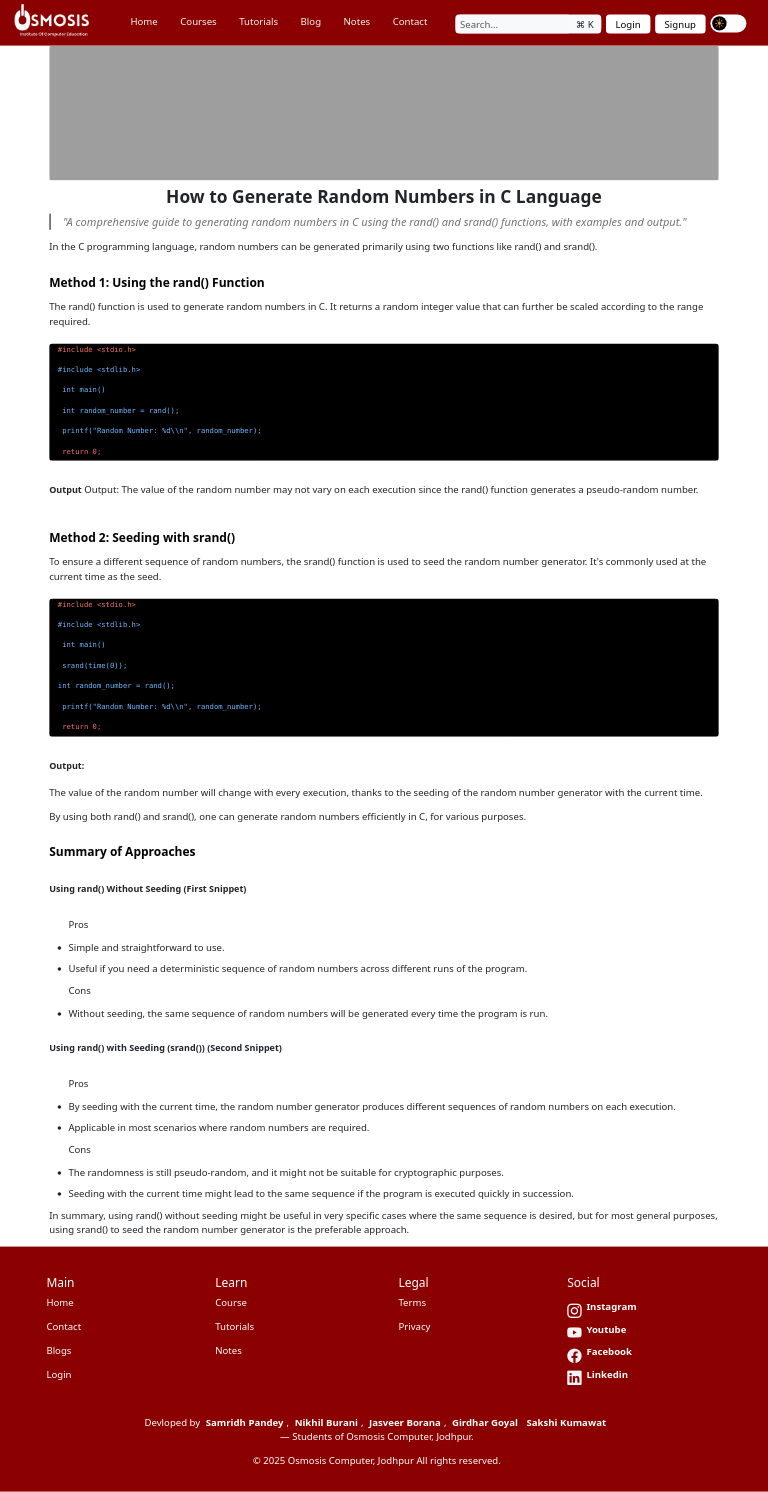
Repository: samriidhpandey/osmosis
Page: /Blog/Genrate
An editor plug-in stored every save of this project. The page is shown before and after the next save, followed by the edit.
The browser window is 1280 px wide. The pictures show the whole page, at 60% of full size.
Pictures or frames that could not be fetched are drawn as grey boxes. The project was rebuilt for these pictures with package versions that can differ from the ones it lists, and the page was loaded fresh each time. Also part of the build but not shown: vite.config.js, src/Section2.jsx, src/Section3.jsx, src/Section4.jsx, src/InfiniteReviewScroll.jsx, src/Section5.jsx, src/TypingText.jsx, src/AnimatedName.jsx and 103 more. Imported but missing from the stored project, and not drawn on this page: src/Images/final-app-on-mobile.mp4, src/Images/final-app-on-pc.mp4, src/Images/open-terminals.mp4, src/Images/python-location.mp4.

Above is the page before, as saved 2025-07-21 15:56:36.

### index.html
<!doctype html>
<html lang="en">
  <head>
    <meta charset="UTF-8" />
    <link rel="icon" type="image/png" href="./src/image/fe1.png" />
    <meta name="viewport" content="width=device-width, initial-scale=1.0" />
    <title>Osmosis Computer</title>
    <link href="https://cdn.jsdelivr.net/npm/bootstrap@5.0.2/dist/css/bootstrap.min.css" rel="stylesheet" integrity="sha384-EVSTQN3/azprG1Anm3QDgpJLIm9Nao0Yz1ztcQTwFspd3yD65VohhpuuCOmLASjC" crossorigin="anonymous">
    <link rel="stylesheet" href="https://cdnjs.cloudflare.com/ajax/libs/font-awesome/6.7.2/css/all.min.css" integrity="sha512-Evv84Mr4kqVGRNSgIGL/F/aIDqQb7xQ2vcrdIwxfjThSH8CSR7PBEakCr51Ck+w+/U6swU2Im1vVX0SVk9ABhg==" crossorigin="anonymous" referrerpolicy="no-referrer" />
    <link href="https://cdn.jsdelivr.net/npm/bootstrap@5.3.0/dist/css/bootstrap.min.css" rel="stylesheet" />
<link href="https://cdn.jsdelivr.net/npm/bootstrap-icons/font/bootstrap-icons.css" rel="stylesheet" />

  </head>
  <body>
    <div id="root"></div>
    <script type="module" src="/src/main.jsx"></script>
    <script src="https://cdn.jsdelivr.net/npm/bootstrap@5.0.2/dist/js/bootstrap.bundle.min.js" integrity="sha384-MrcW6ZMFYlzcLA8Nl+NtUVF0sA7MsXsP1UyJoMp4YLEuNSfAP+JcXn/tWtIaxVXM" crossorigin="anonymous"></script>
  </body>
</html>

### src/Footer.jsx
import React from 'react'
import get from './image/github.svg'
import get1 from './image/X.svg'
import get2 from './image/youtube.svg'
import { Link } from 'react-router-dom'
import get3 from './image/facebook.svg'


function Footer({isDark}) {
  const footer = {
    backgroundColor: isDark ? '#111827':'darkred',
    color: isDark ? 'white':'white',
  };
  return (
    <>
    <div className="container-fluid">
      <div className="row border-top" style={footer}>
        <div className="col-12 col-sm-12 col-md-12 col-lg-12 col-xl-11 col-xxl-10 m-auto ">
          <div className="row">
            <div className="col-6 col-sm-6 col-md-3 col-lg-3 col-xl-3 col-xxl-3 mt-5 ps-4 fot-menu">
              <h5>Main</h5>
              <Link to="/" className='text-white'><p>Home</p></Link>{""}
              <Link to="/Contact" className='text-white'><p>Contact</p></Link>{""}
              <Link to="/Blog" className='text-white'><p>Blogs</p></Link>{""}
              <Link to="/Login" className='text-white'><p>Login</p></Link>{""}
            </div>

            <div className="col-6 col-sm-6 col-md-3 col-lg-3 col-xl-3 col-xxl-3 mt-5">
              <h5>Learn</h5>
              <Link to="/Courses" className='text-white'><p>Course</p></Link>{""}
              <Link to="/Tutorial" className='text-white'><p>Tutorials</p></Link>{""}
              <Link to="/Notes" className='text-white'><p>Notes</p></Link>{""}

            </div>

            <div className="col-6 col-sm-6 col-md-3 col-lg-3 col-xl-3 col-xxl-3 mt-5 ps-4">
              <h5>Legal</h5>
              <Link to="/Terms" className='text-white'><p>Terms</p></Link>{""}
              <Link to="/Privacy" className='text-white'><p>Privacy</p></Link>{""}
              {/* <p>Refund</p> */}

            </div>

            <div className="col-6 col-sm-6 col-md-3 col-lg-3 col-xl-3 col-xxl-3 mt-5">
              <h5>Social</h5>
             <a href="https://www.instagram.com/osmosis_computer?igsh=MWkyNGtib2s1NG10OQ%3D%3D&utm_source=qr "
              target="_blank"
    rel="noopener noreferrer"
    style={{
      color:'white',
      textDecoration: "none",
      fontWeight: "bold",
      marginTop: "0px",
      marginBottom: "0px",
    }}
    onMouseOver={(e) => (e.target.style.textDecoration = "underline")}
    onMouseOut={(e) => (e.target.style.textDecoration = "none")}><div className="social d-flex p-0 mt-3"> <i className="bi bi-instagram" style={{fontSize:'24px', color:" #fcf9faff",}}></i><img className='img-fluid me-2 bg-light rounded' alt="" /> <p> Instagram</p></div> </a>


    <a href="https://www.youtube.com/@OsmosisComputerJodhpur "
              target="_blank"
    rel="noopener noreferrer"
    style={{
      color:'white',
      textDecoration: "none",
      fontWeight: "bold",
      marginTop: "0px",
      marginBottom: "0px",
    }}
    onMouseOver={(e) => (e.target.style.textDecoration = "underline")}
    onMouseOut={(e) => (e.target.style.textDecoration = "none")}><div className="social d-flex p-0 mt-3"> <i className="bi bi-youtube" style={{fontSize:'24px', color:" #f9f5f5ff",}}></i><img className='img-fluid me-2 bg-light rounded' alt="" /> <p> Youtube</p></div> </a>



    <a href="https://www.facebook.com/share/1LYuEtGZGp/?mibextid=wwXIfr"
              target="_blank"
    rel="noopener noreferrer"
    style={{
      color:'white',
      textDecoration: "none",
      fontWeight: "bold",
      marginTop: "0px",
      marginBottom: "0px",
    }}
    onMouseOver={(e) => (e.target.style.textDecoration = "underline")}
    onMouseOut={(e) => (e.target.style.textDecoration = "none")}><div className="social d-flex p-0 mt-3"> <i className="bi bi-facebook" style={{fontSize:'24px', color:" #f2f2f8ff",}}></i><img className='img-fluid me-2 bg-light rounded' alt="" /> <p> Facebook</p></div> </a>



    <a href="https://www.linkedin.com/company/osmosiscomputer/"
              target="_blank"
    rel="noopener noreferrer"
    style={{
      color:'white',
      textDecoration: "none",
      fontWeight: "bold",
      marginTop: "0px",
      marginBottom: "0px",
    }}
    onMouseOver={(e) => (e.target.style.textDecoration = "underline")}
    onMouseOut={(e) => (e.target.style.textDecoration = "none")}><div className="social d-flex p-0 mt-3"> <i className="bi bi-linkedin" style={{fontSize:'24px', color:" #f2f2f8ff",}}></i><img className='img-fluid me-2 bg-light rounded' alt="" /> <p>Linkedin</p></div> </a>



            </div>
          </div>
        </div>

        <div className="row">
          <div className="col-12">


  <footer
  className='mt-3'
  style={{
    padding: "1.5rem",
    textAlign: "center",


  }}
>
  Devloped by{" "}
  <a
    href="https://www.linkedin.com/in/samridh-pandey-771835317?utm_source=share&utm_campaign=share_via&utm_content=profile&utm_medium=android_app"
    target="_blank"
    rel="noopener noreferrer"
    style={{
      color:'white',
      textDecoration: "none",
      fontWeight: "bold",
      margin: "0 5px",
    }}
    onMouseOver={(e) => (e.target.style.textDecoration = "underline")}
    onMouseOut={(e) => (e.target.style.textDecoration = "none")}
  >
    Samridh Pandey
  </a>
  ,{" "}
  <a
    href="https://www.linkedin.com/in/nikhil-burani?utm_source=share&utm_campaign=share_via&utm_content=profile&utm_medium=android_app"
    target="_blank"
    rel="noopener noreferrer"
    style={{
      color:'white',
      textDecoration: "none",
      fontWeight: "bold",
      margin: "0 5px",
    }}
    onMouseOver={(e) => (e.target.style.textDecoration = "underline")}
    onMouseOut={(e) => (e.target.style.textDecoration = "none")}
  >
    Nikhil Burani
  </a>
  ,{" "}
  <a
    href="https://www.linkedin.com/in/jasveer-borana-39878a373?utm_source=share&utm_campaign=share_via&utm_content=profile&utm_medium=android_app "
    target="_blank"
    rel="noopener noreferrer"
    style={{
      color:'white',
      textDecoration: "none",
      fontWeight: "bold",
      margin: "0 5px",
    }}
    onMouseOver={(e) => (e.target.style.textDecoration = "underline")}
    onMouseOut={(e) => (e.target.style.textDecoration = "none")}
  >
    Jasveer Borana
  </a>
  ,{" "}
  <a
    href="https://www.linkedin.com/in/girdhar-goyal-1376b5332?lipi=urn%3Ali%3Apage%3Ad_flagship3_profile_view_base_contact_details%3B9WR3byrCTMq%2FaVpFyt54vQ%3D%3D"
    target="_blank"
    rel="noopener noreferrer"
    style={{
      textDecoration: "none",
      fontWeight: "bold",
      margin: "0 5px",
      color:'white',
    }}
    onMouseOver={(e) => (e.target.style.textDecoration = "underline")}
    onMouseOut={(e) => (e.target.style.textDecoration = "none")}
  >
    Girdhar Goyal
  </a>{" "}

  <a
    href="https://www.linkedin.com/in/sakshi-k-b046b4320?utm_source=share&utm_campaign=share_via&utm_content=profile&utm_medium=ios_app "
    target="_blank"
    rel="noopener noreferrer"
    style={{
      textDecoration: "none",
      fontWeight: "bold",
      margin: "0 5px",
      color:'white',
    }}
    onMouseOver={(e) => (e.target.style.textDecoration = "underline")}
    onMouseOut={(e) => (e.target.style.textDecoration = "none")}
  >
    Sakshi Kumawat
  </a>{" "}

  <p>—  Students of Osmosis Computer, Jodhpur.</p>
  <p>© 2025 Osmosis Computer, Jodhpur All rights reserved.</p>
</footer>



          </div>
        </div>
      </div>
    </div>
    </>
  )
}

export default Footer

### src/Component5/Genrate.jsx
import genratai from "../Images/grnraterandom.webp"

function Genrate() {
  function Heading({ text }) {
    return (
      <h3 className="blog-page-hading">{text}</h3>
    );
  }
  return (
    <>
      <div className="container" >
        {/* <div className=""> */}

        <img src={genratai} className="blog-page-img " />
        <h1 className="blog-page-text2 w-60">How to Generate Random Numbers in C Language</h1>
        <p className="blog-page-content2 border-zinc-500 ">"A comprehensive guide to generating random numbers in C using the rand() and srand() functions, with examples and output."</p>
        <p> In the C programming language, random numbers can be generated primarily using two functions like rand() and srand().</p>
        <Heading text={"Method 1: Using the rand() Function"} />
        <p> The rand() function is used to generate random numbers in C. It returns a random integer value that can further be scaled according to the range required.</p>

        <pre>
          <code style={{ height: "27vh", marginTop: "10px" }}>
            <p style={{ color: "#F47067" }}>  #include &lt;stdio.h&gt;</p>
            <p style={{ color: "#6CB6FF" }}>  #include &lt;stdlib.h&gt;</p>


            <p style={{ color: "#6CB6FF" }}>   int main() </p>
            <p style={{ color: "#6CB6FF" }}>   int random_number = rand();</p>
            <p style={{ color: "#6CB6FF" }}>   printf("Random Number: %d\\n", random_number);</p>
            <p style={{ color: "#F47067" }}>   return 0;
            </p>

          </code>
        </pre>
        <p>
          <strong> Output</strong>
          <span> Output: The value of the random number may not vary on each execution since the rand() function generates a pseudo-random number.</span>
        </p>
        <Heading text={"Method 2: Seeding with srand()"} />
        <p> To ensure a different sequence of random numbers, the srand() function is used to seed the random number generator. It's commonly used at the current time as the seed.</p>
        <pre>
          <code style={{ height: "32vh", marginTop: "10px" }}>
            <p style={{ color: "#F47067" }}>  #include &lt;stdio.h&gt;</p>
            <p style={{ color: "#6CB6FF" }}>  #include &lt;stdlib.h&gt;</p>


            <p style={{ color: "#6CB6FF" }}>   int main() </p>
            <p style={{ color: "#6CB6FF" }}>   srand(time(0));</p>
            <p style={{ color: "#6CB6FF" }}>  int random_number = rand();</p>
            <p style={{ color: "#6CB6FF" }}>   printf("Random Number: %d\\n", random_number);</p>
            <p style={{ color: "#F47067" }}>   return 0;
            </p>

          </code>
        </pre>

        <p>
          <strong> Output:</strong>
          <p>The value of the random number will change with every execution, thanks to the seeding of the random number generator with the current time.</p> </p>
        <p> By using both rand() and srand(), one can generate random numbers efficiently in C, for various purposes.</p>
        <Heading text={"Summary of Approaches"} />
        <p><strong> Using rand() Without Seeding (First Snippet)</strong></p>
        <ul>Pros
          <li> Simple and straightforward to use.</li>
          <li> Useful if you need a deterministic sequence of random numbers across different runs of the program.</li>
        </ul>
        <ul> Cons
          <li> Without seeding, the same sequence of random numbers will be generated every time the program is run.</li>
        </ul>
        <p> <strong> Using rand() with Seeding (srand()) (Second Snippet)</strong></p>
        <ul>Pros
          <li> By seeding with the current time, the random number generator produces different sequences of random numbers on each execution.</li>
          <li>Applicable in most scenarios where random numbers are required.</li>
        </ul>
        <ul> Cons
          <li> The randomness is still pseudo-random, and it might not be suitable for cryptographic purposes.</li>
          <li> Seeding with the current time might lead to the same sequence if the program is executed quickly in succession.</li>
        </ul>
        <p> In summary, using rand() without seeding might be useful in very specific cases where the same sequence is desired, but for most general purposes, using srand() to seed the random number generator is the preferable approach.</p>
      </div>
    </>
  );
}
export default Genrate

Loaded but not shown: src/main.jsx (common file); src/App.jsx (426 lines, source omitted); src/App.css (1048 lines, source omitted); src/index.css (no stored copy; drawn as an empty file)

After the next save:
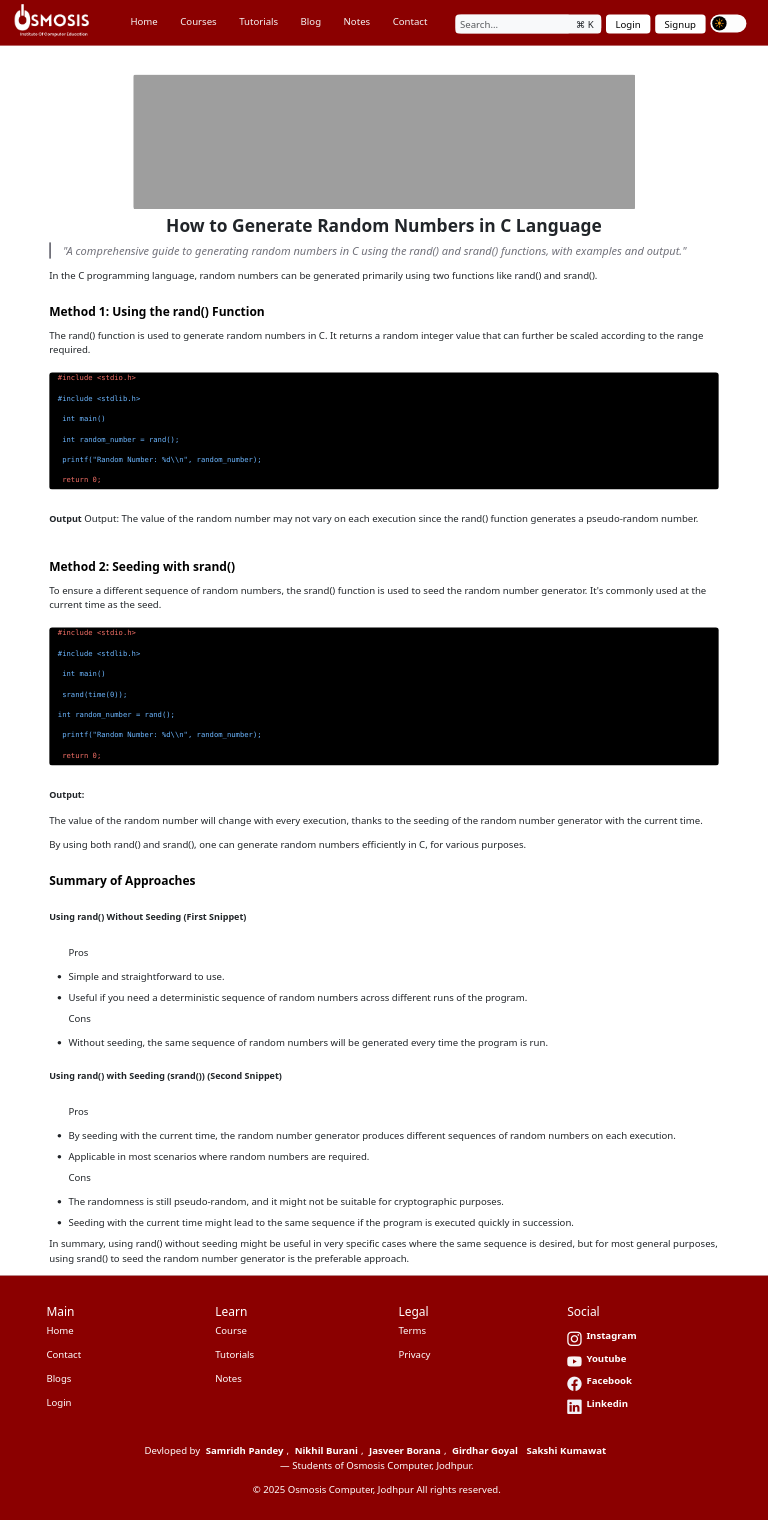
Saved 5 s later.
--- a/src/Component5/Genrate.jsx
+++ b/src/Component5/Genrate.jsx
@@ -11,7 +11,7 @@
       <div className="container" >
         {/* <div className=""> */}
 
-        <img src={genratai} className="blog-page-img " />
+        <img src={genratai} className="blog-page-img w-75 m-auto d-flex mt-5 " />
         <h1 className="blog-page-text2 w-60">How to Generate Random Numbers in C Language</h1>
         <p className="blog-page-content2 border-zinc-500 ">"A comprehensive guide to generating random numbers in C using the rand() and srand() functions, with examples and output."</p>
         <p> In the C programming language, random numbers can be generated primarily using two functions like rand() and srand().</p>
